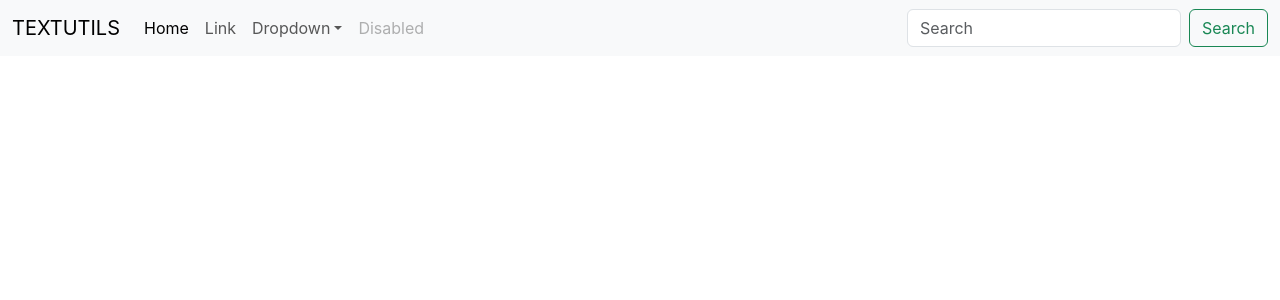
Repository: ASHUTOSH30LUV/news
Page: /
An editor plug-in stored every save of this project. The page is shown before and after the next save, followed by the edit.
The browser window is 1280 px wide. The pictures show the whole page.
The project was rebuilt for these pictures with package versions that can differ from the ones it lists, and the page was loaded fresh each time. Also part of the build but not shown: src/App.css.

Above is the page before, as saved 2024-07-27 17:56:27.

### public/index.html
<!DOCTYPE html>
<html lang="en">
  <head>
    <meta charset="utf-8" />
    <link rel="icon" href="%PUBLIC_URL%/favicon.ico" />
    <meta name="viewport" content="width=device-width, initial-scale=1" />
    <meta name="theme-color" content="#000000" />
    <meta
      name="description"
      content="Web site created using create-react-app"
    />
    <link rel="apple-touch-icon" href="%PUBLIC_URL%/logo192.png" />
    <link rel="manifest" href="%PUBLIC_URL%/manifest.json" />
    <link href="https://cdn.jsdelivr.net/npm/bootstrap@5.3.3/dist/css/bootstrap.min.css" rel="stylesheet" integrity="sha384-QWTKZyjpPEjISv5WaRU9OFeRpok6YctnYmDr5pNlyT2bRjXh0JMhjY6hW+ALEwIH" crossorigin="anonymous">
    <title>React App</title>
  </head>
  <body>
    <noscript>You need to enable JavaScript to run this app.</noscript>
    <div id="root"></div>
    <script src="https://cdn.jsdelivr.net/npm/bootstrap@5.3.3/dist/js/bootstrap.bundle.min.js" integrity="sha384-YvpcrYf0tY3lHB60NNkmXc5s9fDVZLESaAA55NDzOxhy9GkcIdslK1eN7N6jIeHz" crossorigin="anonymous"></script>
  </body>
</html>

### src/App.js
// import logo from './logo.svg';
import './App.css';


function App() {
  return (
    <>
    <nav className="navbar navbar-expand-lg bg-body-tertiary" >
  <div className="container-fluid">
    <a className="navbar-brand" href = "/">TEXTUTILS</a>
    <button className="navbar-toggler" type="button" data-bs-toggle="collapse" data-bs-target="#navbarSupportedContent" aria-controls="navbarSupportedContent" aria-expanded="false" aria-label="Toggle navigation">
      <span className="navbar-toggler-icon"></span>
    </button>
    <div className="collapse navbar-collapse" id="navbarSupportedContent">
      <ul className="navbar-nav me-auto mb-2 mb-lg-0">
        <li className="nav-item">
          <a className="nav-link active" aria-current="page" href = "/">Home</a>
        </li>
        <li className="nav-item">
          <a className="nav-link" href = "/">Link</a>
        </li>
        <li className="nav-item dropdown">
          <a className="nav-link dropdown-toggle" href = "/" role="button" data-bs-toggle="dropdown" aria-expanded="false">
            Dropdown
          </a>
          <ul className="dropdown-menu">
            <li><a className="dropdown-item" href = "/">Action</a></li>
            <li><a className="dropdown-item" href = "/">Another action</a></li>
            <li><hr className="dropdown-divider" /></li>
            <li><a className="dropdown-item" href = "/">Something else here</a></li>
          </ul>
        </li>
        <li className="nav-item">
          <a className="nav-link disabled" aria-disabled="true" href ="/">Disabled</a>
        </li>
      </ul>
      <form className="d-flex" role="search">
        <input className="form-control me-2" type="search" placeholder="Search" aria-label="Search" />
        <button className="btn btn-outline-success" type="submit">Search</button>
      </form>
    </div>
  </div>
</nav>
    </>
  );
}

export default App;

Loaded but not shown: src/index.js (common file); src/index.css (common file); src/reportWebVitals.js (common file)

After the next save:
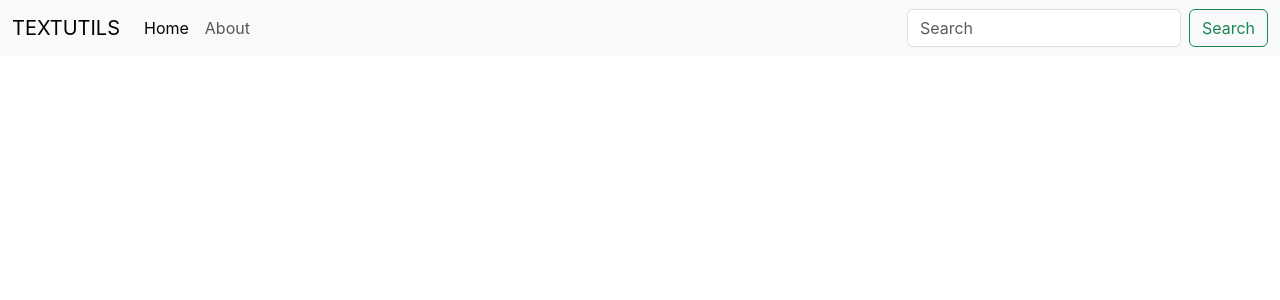
Saved 2 min 35 s later.
--- a/src/App.js
+++ b/src/App.js
@@ -17,21 +17,7 @@
           <a className="nav-link active" aria-current="page" href = "/">Home</a>
         </li>
         <li className="nav-item">
-          <a className="nav-link" href = "/">Link</a>
-        </li>
-        <li className="nav-item dropdown">
-          <a className="nav-link dropdown-toggle" href = "/" role="button" data-bs-toggle="dropdown" aria-expanded="false">
-            Dropdown
-          </a>
-          <ul className="dropdown-menu">
-            <li><a className="dropdown-item" href = "/">Action</a></li>
-            <li><a className="dropdown-item" href = "/">Another action</a></li>
-            <li><hr className="dropdown-divider" /></li>
-            <li><a className="dropdown-item" href = "/">Something else here</a></li>
-          </ul>
-        </li>
-        <li className="nav-item">
-          <a className="nav-link disabled" aria-disabled="true" href ="/">Disabled</a>
+          <a className="nav-link" href = "/">About</a>
         </li>
       </ul>
       <form className="d-flex" role="search">
